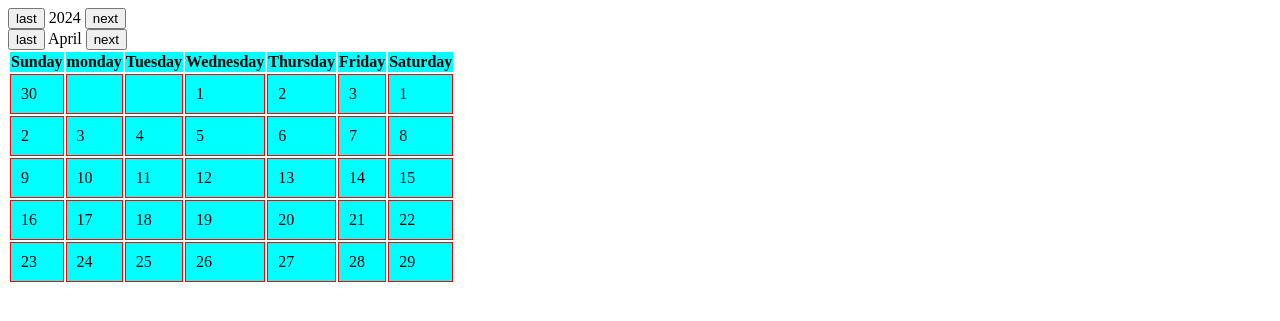
Repository: fateme81yosefi/calendar
Page: index.html
An editor plug-in stored every save of this project. The page is shown before and after a run of saves, followed by the edit.
The browser window is 1280 px wide. The pictures show the whole page.
After loading, the first visible `.contain-month > button` was clicked once.

Above is the page before, as saved 2024-05-30 22:51:02.

After the next 2 saves:
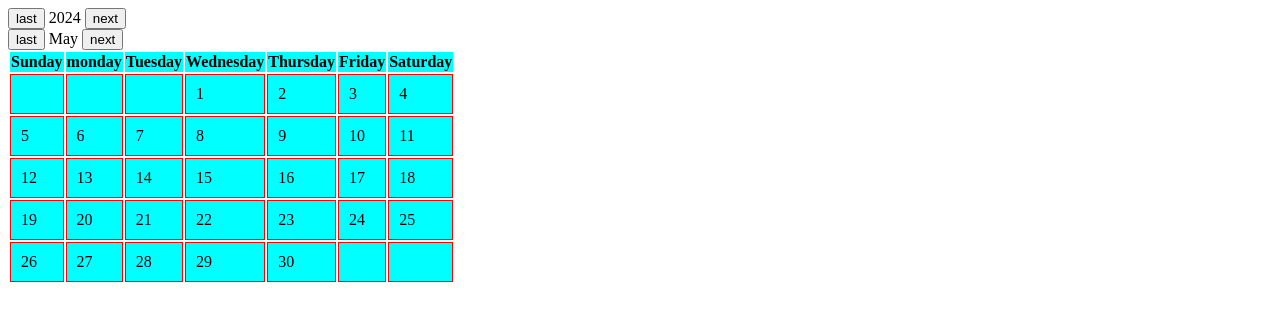
Console error: ReferenceError: mo is not defined
The 2 saves are shown as one change because they came seconds apart.
The last was saved 9 s later.
--- a/scripts.js
+++ b/scripts.js
@@ -22,6 +22,7 @@
 function dec() {
     m = document.getElementById("month").innerHTML
     month = monthNameToNum(m)
+    if(mo)
     fillAllDay(month--, y, dayCount)
     setMonth(month--)
 }

After the 3 saves that followed:
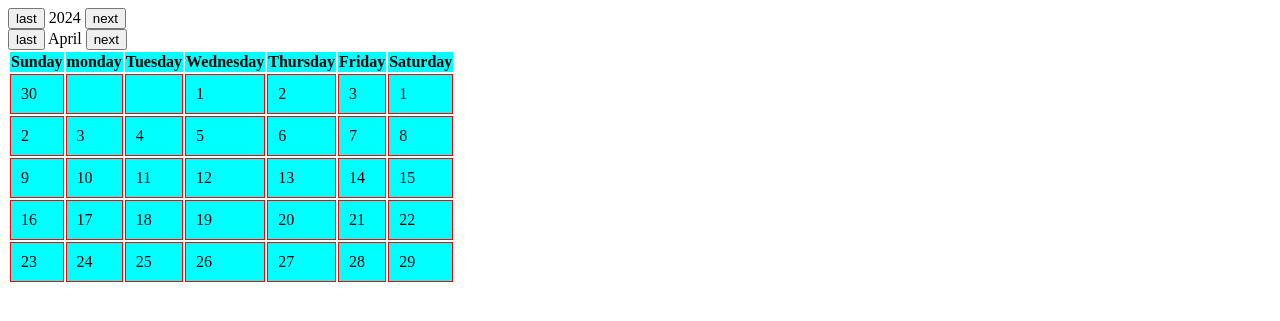
The error is gone.
The 3 saves are shown as one change because they came seconds apart.
The last was saved 8 s later.
--- a/scripts.js
+++ b/scripts.js
@@ -22,7 +22,9 @@
 function dec() {
     m = document.getElementById("month").innerHTML
     month = monthNameToNum(m)
-    if(mo)
+    if(month<1){
+
+    }
     fillAllDay(month--, y, dayCount)
     setMonth(month--)
 }
